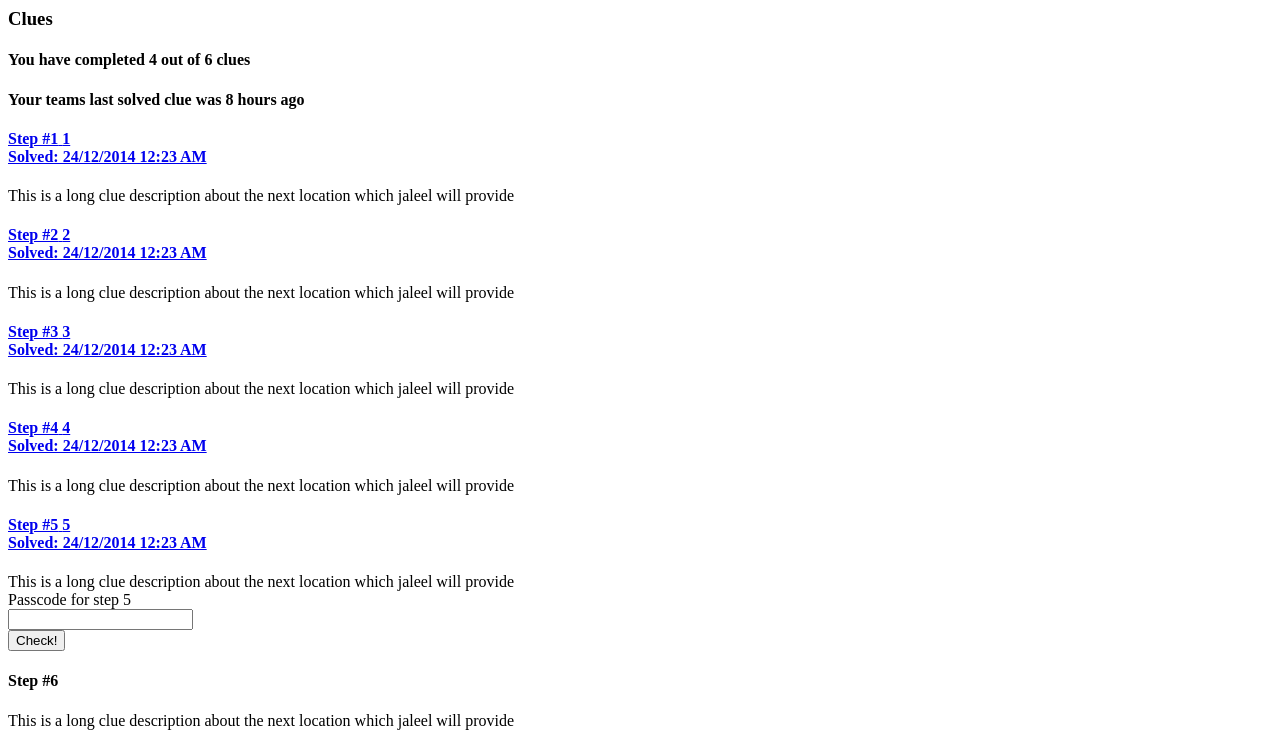
Repository: rahulravindran2709/TreasureHunt
Page: public/partials/clues-content.tmpl.html
The author's editor kept a record of every edit. The page is drawn from the files as they stood at one moment, then again after the next edit.
The browser window is 1280 px wide. The pictures show the whole page.

Above is the page before.

### public/partials/clues-content.tmpl.html
<!--Clues section-->
<div id="clues-content" class="col-xs-12 col-sm-12 col-md-12 col-lg-12">
    <div class="panel panel-warning">
        <div class="panel-heading orange-bg">
            <h3 class="panel-title">Clues</h3> </div>
        <div class="panel-body">
            <div class="row">
                <div class="col-xs-12 col-sm-12 col-md-12 col-lg-12 clues-progress">

                    <h4>You have completed <span class="current-clues">4</span> out of <span class="total-clues">6</span> clues</h4>
                    <h4>Your teams last solved clue was <span class="last-clue-solved-ts">8 hours</span> ago</h4> </div>
            </div>
            <div class="row">
                <div class="col-lg-12 panel-group" id="accordion" role="tablist" aria-multiselectable="true">
                    <div class="panel panel-success">
                        <a data-toggle="collapse" data-parent="#accordion" href="#collapseOne" aria-expanded="true" aria-controls="collapseOne"><div class="panel-heading" role="tab" id="headingOne">
                            <h4 class="panel-title">
                            <div class="row">
                                 <div class="col-xs-1 col-sm-4 col-md-4 col-lg-3">
                                    <span class="hidden-xs">Step #1</span>
                                    <span class="visible-xs-inline">1</span>
                                 </div>
                                 <div class="col-xs-10 col-sm-8 col-md-8 col-lg-offset-4 col-lg-5">
                                   <span class="header-solved-date">Solved: 24/12/2014 12:23 AM</span>
                               </div>
                             </div>
                            </h4>
                             </div>
                         </a>
                        <div id="collapseOne" class="panel-collapse collapse" role="tabpanel" aria-labelledby="headingOne">
                            <div class="panel-body"> This is a long clue description about the next location which jaleel will provide </div>
                        </div>
                    </div>
                    <div class="panel panel-success">
                        <a class="collapsed" data-toggle="collapse" data-parent="#accordion" href="#collapseTwo" aria-expanded="false" aria-controls="collapseTwo">
                            <div class="panel-heading" role="tab" id="headingTwo">
                            <h4 class="panel-title">
                                <div class="row">
                                 <div class="col-xs-1 col-sm-4 col-md-4 col-lg-3">
                                    <span class="hidden-xs">Step #2</span>
                                    <span class="visible-xs-inline">2</span>
                                 </div>
                                 <div class="col-xs-10 col-sm-8 col-md-8 col-lg-offset-4 col-lg-5">
                                   <span class="header-solved-date">Solved: 24/12/2014 12:23 AM</span>
                               </div>
                             </div>
                            </h4>
                       </div></a>
                        <div id="collapseTwo" class="panel-collapse collapse" role="tabpanel" aria-labelledby="headingTwo">
                            <div class="panel-body"> This is a long clue description about the next location which jaleel will provide </div>
                        </div>
                    </div>
                    <div class="panel panel-success">
                        <div class="panel-heading" role="tab" id="headingThree">
                            <a class="collapsed" data-toggle="collapse" data-parent="#accordion" href="#collapseThree" aria-expanded="false" aria-controls="collapseTwo">
                                <h4 class="panel-title">
                                   <div class="row">
                                 <div class="col-xs-1 col-sm-4 col-md-4 col-lg-3">
                                    <span class="hidden-xs">Step #3</span>
                                    <span class="visible-xs-inline">3</span>
                                 </div>
                                 <div class="col-xs-10 col-sm-8 col-md-8 col-lg-offset-4 col-lg-5">
                                   <span class="header-solved-date">Solved: 24/12/2014 12:23 AM</span>
                               </div>
                             </div>
                                </h4>
                            </a>
                        </div>

                        <div id="collapseThree" class="panel-collapse collapse" role="tabpanel" aria-labelledby="headingThree">
                            <div class="panel-body"> This is a long clue description about the next location which jaleel will provide </div>
                        </div>
                    </div>
                    <div class="panel panel-success">
                        <div class="panel-heading" role="tab" id="headingFour">
                            <a class="collapsed" data-toggle="collapse" data-parent="#accordion" href="#collapseFour" aria-expanded="false" aria-controls="collapseTwo">
                                <h4 class="panel-title">
                                    <div class="row">
                                 <div class="col-xs-1 col-sm-4 col-md-4 col-lg-3">
                                    <span class="hidden-xs">Step #4</span>
                                    <span class="visible-xs-inline">4</span>
                                 </div>
                                 <div class="col-xs-10 col-sm-8 col-md-8 col-lg-offset-4 col-lg-5">
                                   <span class="header-solved-date">Solved: 24/12/2014 12:23 AM</span>
                               </div>
                             </div>
                                </h4>
                            </a>
                        </div>
                        <div id="collapseFour" class="panel-collapse collapse" role="tabpanel" aria-labelledby="headingFour">
                            <div class="panel-body"> This is a long clue description about the next location which jaleel will provide </div>
                        </div>
                    </div>
                    <div class="panel panel-primary">
                        <div class="panel-heading" role="tab" id="headingFive">
                           <a class="collapsed" data-toggle="collapse" data-parent="#accordion" href="#collapseFive" aria-expanded="false" aria-controls="collapseThree">
                            <h4 class="panel-title">
                                    <div class="row">
                                 <div class="col-xs-1 col-sm-4 col-md-4 col-lg-3">
                                    <span class="hidden-xs">Step #5</span>
                                    <span class="visible-xs-inline">5</span>
                                 </div>
                                 <div class="hidden col-xs-10 col-sm-8 col-md-8 col-lg-offset-4 col-lg-5">
                                   <span class="header-solved-date">Solved: 24/12/2014 12:23 AM</span>
                               </div>
                             </div>
                                </h4>
                        </a> </div>
                        <div id="collapseFive" class="panel-collapse collapse in" role="tabpanel" aria-labelledby="headingThree">
                            <div class="panel-body"> This is a long clue description about the next location which jaleel will provide
                                <form class="form form-inline">
                                    <div class="form-group">
                                        <div class="col-xs-12 col-sm-5 col-md-5 col-lg-4">
                                            <label id="labelpassCodeStep4" for="passCodeStep4">Passcode for step 5</label>
                                        </div>
                                    <div class="col-xs-12 col-sm-5 col-md-5 col-lg-4 marbot10">
                                        <input type="text" class="form-control" id="passCodeStep4" placeholder="" />
                                    </div>
                                    <div class="col-xs-12 col-sm-2 col-md-2 col-lg-3">
                                        <button class="btn btn-primary btn-block">Check!</button>
                                    </div>
                                  </div>
                              </form>
                            </div>
                        </div>
                    </div>
                    <div class="panel panel-danger">
                        <div class="panel-heading" role="tab" id="headingSix">
                            <h4 class="panel-title"> <a class="collapsed" data-toggle="collapse" data-parent="#accordion" aria-expanded="false" aria-controls="collapseThree"> Step #6 </a> </h4> </div>
                        <div id="collapseSix" class="panel-collapse collapse" role="tabpanel" aria-labelledby="headingThree">
                            <div class="panel-body"> This is a long clue description about the next location which jaleel will provide </div>
                        </div>
                    </div>
                </div>
            </div>
        </div>
    </div>
</div>
<!--Clues section end-->

After the next edit:
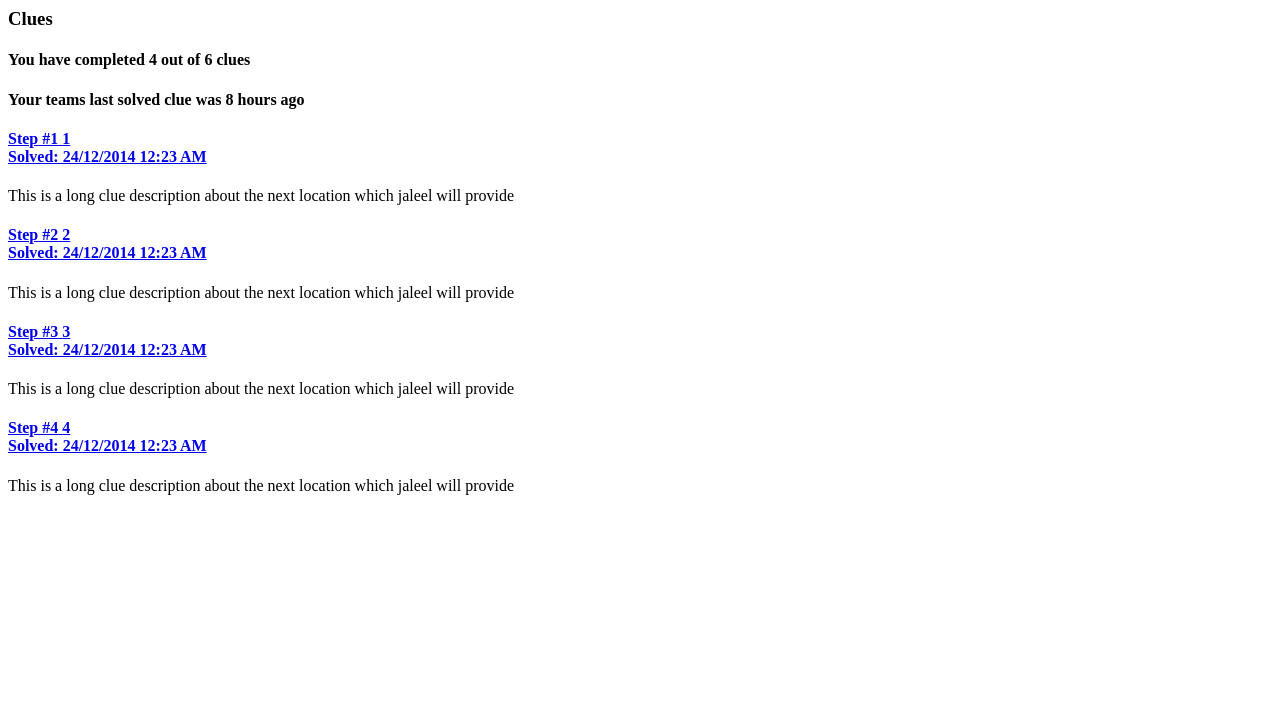
The edit:
--- a/public/partials/clues-content.tmpl.html
+++ b/public/partials/clues-content.tmpl.html
@@ -91,46 +91,6 @@
                             <div class="panel-body"> This is a long clue description about the next location which jaleel will provide </div>
                         </div>
                     </div>
-                    <div class="panel panel-primary">
-                        <div class="panel-heading" role="tab" id="headingFive">
-                           <a class="collapsed" data-toggle="collapse" data-parent="#accordion" href="#collapseFive" aria-expanded="false" aria-controls="collapseThree">
-                            <h4 class="panel-title">
-                                    <div class="row">
-                                 <div class="col-xs-1 col-sm-4 col-md-4 col-lg-3">
-                                    <span class="hidden-xs">Step #5</span>
-                                    <span class="visible-xs-inline">5</span>
-                                 </div>
-                                 <div class="hidden col-xs-10 col-sm-8 col-md-8 col-lg-offset-4 col-lg-5">
-                                   <span class="header-solved-date">Solved: 24/12/2014 12:23 AM</span>
-                               </div>
-                             </div>
-                                </h4>
-                        </a> </div>
-                        <div id="collapseFive" class="panel-collapse collapse in" role="tabpanel" aria-labelledby="headingThree">
-                            <div class="panel-body"> This is a long clue description about the next location which jaleel will provide
-                                <form class="form form-inline">
-                                    <div class="form-group">
-                                        <div class="col-xs-12 col-sm-5 col-md-5 col-lg-4">
-                                            <label id="labelpassCodeStep4" for="passCodeStep4">Passcode for step 5</label>
-                                        </div>
-                                    <div class="col-xs-12 col-sm-5 col-md-5 col-lg-4 marbot10">
-                                        <input type="text" class="form-control" id="passCodeStep4" placeholder="" />
-                                    </div>
-                                    <div class="col-xs-12 col-sm-2 col-md-2 col-lg-3">
-                                        <button class="btn btn-primary btn-block">Check!</button>
-                                    </div>
-                                  </div>
-                              </form>
-                            </div>
-                        </div>
-                    </div>
-                    <div class="panel panel-danger">
-                        <div class="panel-heading" role="tab" id="headingSix">
-                            <h4 class="panel-title"> <a class="collapsed" data-toggle="collapse" data-parent="#accordion" aria-expanded="false" aria-controls="collapseThree"> Step #6 </a> </h4> </div>
-                        <div id="collapseSix" class="panel-collapse collapse" role="tabpanel" aria-labelledby="headingThree">
-                            <div class="panel-body"> This is a long clue description about the next location which jaleel will provide </div>
-                        </div>
-                    </div>
                 </div>
             </div>
         </div>
